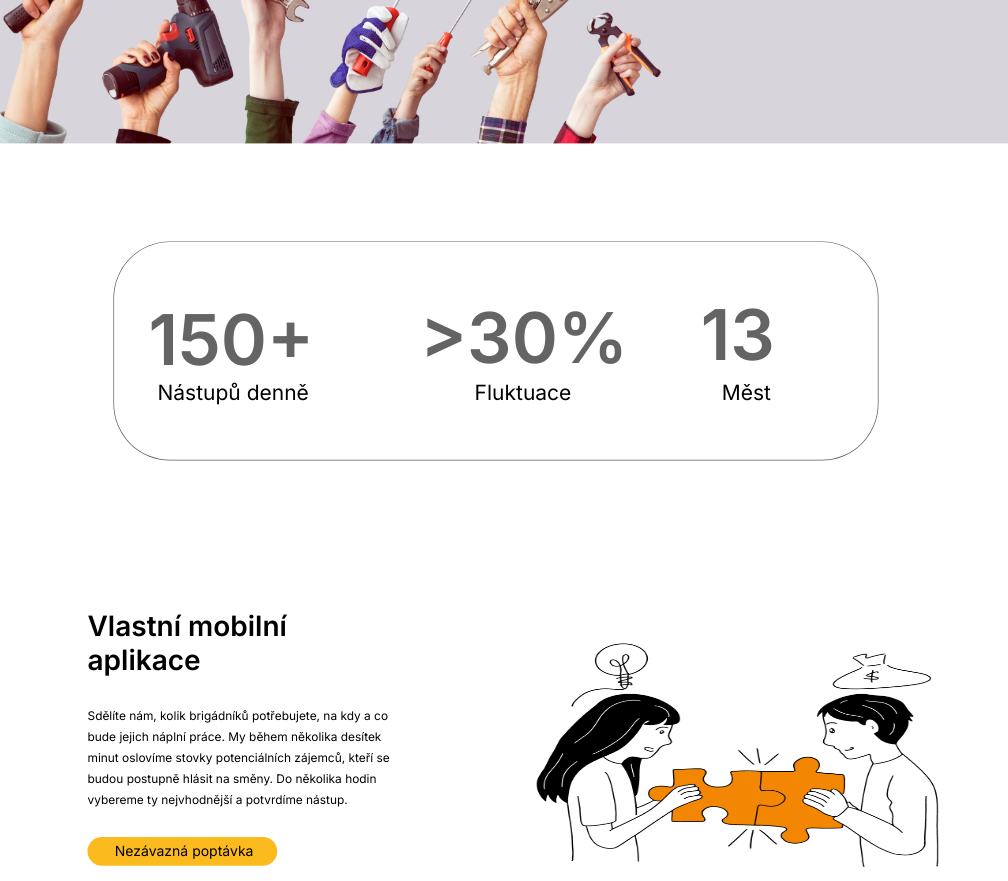
Repository: bilday08/bilday08.github.io
Page: page2.html
The author's editor kept a copy of each file at every save. The page is drawn from the files as they stood at one save, then again after the next save.
The browser window is 1280 px wide. The page is 1440 px wide, so the pictures cover 1440 px, including what lies to the right of the window. The pictures show the part of the page from y = 827 to 2547 px (the page is 2086 px tall before and 2547 px after), at 70% of full size.

Above is the page before, as saved 2022-10-16 00:55:22.

### page2.html
<!DOCTYPE html>
<html>
<head>
    <meta charset= utf-8 />
    <meta http-equiv="X-UA-Compatible" content="IE=edge">
    <meta name="viewport" content="width=device-width, initial-scale=1.0">
    <link href="./reset.css" rel="stylesheet"/>
    <link href="./style2.css" rel="stylesheet"/>
    <link href="./responsive2.css" rel="stylesheet"/>
    <link
    rel="stylesheet"
    href="https://cdnjs.cloudflare.com/ajax/libs/font-awesome/6.2.0/css/all.min.css"
    integrity="sha512-xh6O/CkQoPOWDdYTDqeRdPCVd1SpvCA9XXcUnZS2FmJNp1coAFzvtCN9BmamE+4aHK8yyUHUSCcJHgXloTyT2A=="
    crossorigin="anonymous"
    referrerpolicy="no-referrer" />
    <title>aulinks2</title>
    <link rel="preconnect" href="https://fonts.googleapis.com">
    <link rel="preconnect" href="https://fonts.gstatic.com" crossorigin>
    <link href="https://fonts.googleapis.com/css2?family=Inter:wght@400;600;700;900&display=swap" rel="stylesheet">
    <link
    href="https://cdn.jsdelivr.net/npm/bootstrap@5.2.2/dist/css/bootstrap.min.css"
    rel="stylesheet"
    integrity="sha384-Zenh87qX5JnK2Jl0vWa8Ck2rdkQ2Bzep5IDxbcnCeuOxjzrPF/et3URy9Bv1WTRi"
    crossorigin="anonymous">
    <link
    href="https://cdn.jsdelivr.net/npm/bootstrap@5.2.2/dist/css/bootstrap.min.css"
    rel="stylesheet"
    integrity="sha384-Zenh87qX5JnK2Jl0vWa8Ck2rdkQ2Bzep5IDxbcnCeuOxjzrPF/et3URy9Bv1WTRi"
    crossorigin="anonymous">
</head>
<body>
    <div class="wrapper">
        <herder class="herder">
            <div class="container-top">
                <img srcset="./images/logo.png 2x" alt="#" class="herder-log"/>
                <div class="herder-log--2">
                    <img src="./images/Aulinks.png" alt="#" class="herder-log--line"/>
                    <img src="./images/Menu Rounded.png" alt="#" class="herder-log-menu">
                </div>
                <div class="herder-images">
                    <img src="./images/1.png" alt="#" class="herder-images--contact"/>
                </div>
                <div class="herder-phone">
                    <span class="herder-phone--text">Zavolejte nám:</span>
                    <span class="herder-phone--number">+420 607 205 862</span>
                </div>
                <div class="herder-button">
                    <a href="#" class="herder-button--brand">Zavolejte nám:</a>
                </div>
                <div class="herder-button--bottom">
                    <a href="#" class="herder-button--bottom1">O nas</a>
                    <a href="#" class="herder-button--bottom2">Naši partneři</a>
                    <a href="#" class="herder-button--bottom3">Služby</a>
                    <a href="#" class="herder-button--bottom4">Kontakty</a>
                </div>
                <div class="container-center">
                    <h1 class="herder-background--content1">Pracovití brigádníci do druhého dne</h1>
                    <p class="herder-background--content2">
                    Sdělíte nám, kolik brigádníků potřebujete, na kdy a co bude jejich náplní práce.
                    My během několika desítek minut oslovíme stovky potenciálních zájemců, kteří se
                    budou postupně hlásit na směny. Do několika hodin vybereme ty nejvhodnější a potvrdíme nástup.
                    </p>
                    <div class="herder-background--button">
                        <a href="#" class="herder-backgroud--button1">Nezávazná poptávka</a>
                    </div>
                    <div class="container-top--center">
                        <img src="./images/page2(1).png" alt="#" class="herder-images--top_center"/>
                    </div>
                <div class="center-button">
                    <a href="#" class="center-button--white">
                        <div class="center-button--first">
                            <span class="center-button--first1">150+</span>
                            <span class="center-button--first2">Nástupů denně</span>
                        </div>
                        <div class="center-button--second">
                            <span class="center-button--second1">>30%</span>
                            <span class="center-button--second2">Fluktuace</span>
                        </div>
                        <div class="center-button--third">
                            <span class="center-button--third1">13</span>
                            <span class="center-button--third2">Měst</span>
                        </div>
                    </a>
                </div>
        </herder>
        <main>
            <section class="service">
                <div class="container-fluid">
                    <div class="service-item">
                        <div class="service-content">
                            <h2 class="global-heading">Vlastní mobilní aplikace</h2>
                            <div class="global-text">
                                Sdělíte nám, kolik brigádníků potřebujete, na kdy a co bude jejich náplní práce.
                                My během několika desítek minut oslovíme stovky potenciálních zájemců,
                                kteří se budou postupně hlásit na směny. Do několika hodin vybereme ty nejvhodnější
                                a potvrdíme nástup.
                            </div>
                            <a href="#" class="service-button--first">Nezávazná poptávka</a>
                            <div class="service-images">
                                <img src="./images/page2(2).png" alt="#" class="service-images--first"/>
                            </div>
                        </div>
                    </div>
                </div>
<script
src="https://cdn.jsdelivr.net/npm/@popperjs/core@2.11.6/dist/umd/popper.min.js"
integrity="sha384-oBqDVmMz9ATKxIep9tiCxS/Z9fNfEXiDAYTujMAeBAsjFuCZSmKbSSUnQlmh/jp3"
crossorigin="anonymous"></script>
<script
src="https://cdn.jsdelivr.net/npm/bootstrap@5.2.2/dist/js/bootstrap.min.js"
integrity="sha384-IDwe1+LCz02ROU9k972gdyvl+AESN10+x7tBKgc9I5HFtuNz0wWnPclzo6p9vxnk"
crossorigin="anonymous"></script>
</body>
</html>

### style2.css
*{
    box-sizing: border-box;
    font-family: 'Inter', sans-serif;
    margin: 0;
    padding: 0;
}
.wrapper{
    max-width: 1440px;
}
  /*hedder*/
.container-top{
    max-width: 1440px;
    height: 410px;
    background-image: url(./images/Rectangle\ 8\ \(7\).png);
    background-repeat: no-repeat;
    background-size: auto;
    position: absolute;
}
.herder-log{
    position: absolute;
    width: 78px;
    height: 71px;
    margin-top: 60px;
    margin-left: 114px;
}
.herder-log--line{
    width: 130px;
    height: 30px;
    margin-left: 192px;
    margin-top: 91px;
}
.herder-log-menu{
    width: 30px;
    height: 30px;
    display: none;
}
.herder-images--contact{
    width: 308.12px;
    height: 81.11px;
    margin-left: 407px;
    margin-top: -50px;
}
.herder-phone--text{
    display: block;
    width: 145px;
    height: 30px;
    font-weight: 400;
    font-size: 20px;
    line-height: 24px;
    color: black;
    margin-left: 807px;
    margin-top: -79px;
    margin-right: 491px;
}
.herder-phone--number{
    display: block;
    width: 185px;
    height: 24px;
    font-weight: 700;
    font-size: 20px;
    line-height: 24px;
    color: #FBBA1D;
    margin: 4px 455px 0 800px;
}
.herder-button--brand{
   text-align: center;
   text-decoration: none;
   padding: 8px 39px;
   color: black;
   background-color: #FBBA1D;
   width: 223px;
   height: 41px;
   font-weight: 400;
   font-size: 20px;
   line-height: 24px;
   border-radius: 30px;
   margin-top: -39px;
   margin-left: 1070px;
   display: block;
}
.herder-button--bottom1{
   text-decoration: none;
   text-align: center;
   display: block;
   color: black;
   background-color: white;
   padding: 7px 35px;
   width: 130px;
   height: 40px;
   font-weight: 400;
   font-size: 20px;
   line-height: 24px;
   border-radius: 30px;
   border: 1px solid #000000;
   margin-top: 60px;
   margin-left: 114px;
}
.herder-button--bottom2{
   text-decoration: none;
   text-align: center;
   display: block;
   color: black;
   background-color: white;
   padding: 7px 35px;
   width: 190px;
   height: 40px;
   font-weight: 400;
   font-size: 20px;
   line-height: 24px;
   border-radius: 30px;
   border: 1px solid #000000;
   margin-top: -40px;
   margin-left: 264px;
   white-space: nowrap;
}
.herder-button--bottom3{
   text-decoration: none;
   text-align: center;
   display: block;
   color: black;
   background-color: #FBBA1D;
   padding: 7px 35px;
   width: 135px;
   height: 40px;
   font-weight: 400;
   font-size: 20px;
   line-height: 24px;
   border-radius: 30px;
   border: 1px solid #000000;
   margin-top: -40px;
   margin-left: 474px;
}
.herder-button--bottom4{
   text-decoration: none;
   text-align: center;
   display: block;
   color: black;
   background-color: white;
   padding: 7px 35px;
   width: 150px;
   height: 40px;
   font-weight: 400;
   font-size: 20px;
   line-height: 24px;
   border-radius: 30px;
   border: 1px solid #000000;
   margin-top: -40px;
   margin-left: 624px;
}
.container-center{
    position: absolute;
    width: 1440px;
}
.herder-background--content1{
    width: 427px;
    height: 95px;
    font-weight: 600;
    font-size: 40px;
    line-height: 48px;
    color: #000000;
    margin-left: 113px;
    margin-top: 349px;
}
.herder-background--content2{
    width: 535px;
    height: 120px;
    font-weight: 400;
    font-size: 17px;
    line-height: 30px;
    color: #000000;
    margin-top: 28px;
    margin-left: 113px;
}
.herder-backgroud--button1{
   text-decoration: none;
   text-align: center;
   display: block;
   padding: 8px 39px;
   color: black;
   background-color: #FBBA1D;
   width: 271px;
   height: 41px;
   font-weight: 400;
   font-size: 20px;
   line-height: 24px;
   border-radius: 30px;
   margin-top: 43px;
   margin-left: 113px;
   white-space: nowrap;
}
.herder-images--top_center{
    max-width: 100%;
    height: auto;
    margin-left: 807px;
    margin-top: -349px;
    margin-bottom: 245px;
}
.center-button--white{
    text-decoration: none;
    max-width: 1093px;
    height: 313px;
    background-color:#FFFFFF;
    border-radius: 81px;
    display: block;
    margin-top: 165px;
    margin-left: 162px;
    margin-right: 185px;
    padding-top: 78px;
    border: 1px solid rgba(0, 0, 0, 0.64);
}
.center-button--first1{
    display: block;
    font-weight: 600;
    font-size: 100px;
    line-height: 121px;
    color: #646464;
    margin-left: 49px;
}
.center-button--first2{
    width: 240px;
    height: 33px;
    display: block;
    font-weight: 400;
    font-size: 30px;
    line-height: 30px;
    color: #000000;
    margin-left: 62px;
    margin-bottom: 78px;
}
.center-button--second1{
    width: 224px;
    height: 124px;
    font-style: normal;
    font-weight: 600;
    font-size: 100px;
    line-height: 121px;
    color: #646464;
    margin-left: 437px;
    margin-top: -235px;
    display: block;
}
.center-button--second2{
    display: block;
    position: absolute;
    font-style: normal;
    font-weight: 400;
    font-size: 30px;
    line-height: 30px;
    color: black;
    margin-left: 515px;
    margin-bottom: 78px;
}
.center-button--third1{
    display: block;
    font-weight: 600;
    font-size: 100px;
    line-height: 121px;
    color: #646464;
    margin-left: 838px;
    margin-top: -127px;
}
.center-button--third2{
    display: block;
    position: absolute;
    font-style: normal;
    font-weight: 400;
    font-size: 30px;
    line-height: 30px;
    color: black;
    margin-left: 868px;
    margin-top: 6px;
}
.global-heading{
    max-width: 418px;
    height: 95px;
    font-weight: 600;
    font-size: 40px;
    line-height: 48px;
    color: #000000;
    margin-top: 222px;
    margin-left: 113px;
}
.global-text{
    font-weight: 400;
    font-size: 17px;
    line-height: 30px;
    color: #000000;
    max-width: 432px;
    height: 189px;
    margin-left: 113px;
    margin-top: 41px;
}
.service-button--first{
    text-decoration: none;
    text-align: center;
    display: block;
    padding: 8px 39px;
    color: black;
    background-color: #FBBA1D;
    width: 271px;
    height: 41px;
    font-weight: 400;
    font-size: 20px;
    line-height: 24px;
    border-radius: 30px;
    white-space: nowrap;
    margin-left: 113px;
}
.service-images--first{
    width: 517px;
    height: 516px;
    display: block;
    margin-top: -338px;
    margin-left: 789px;
}

Loaded but not shown: reset.css (common file); responsive2.css (746 lines, source omitted)

After the next save:
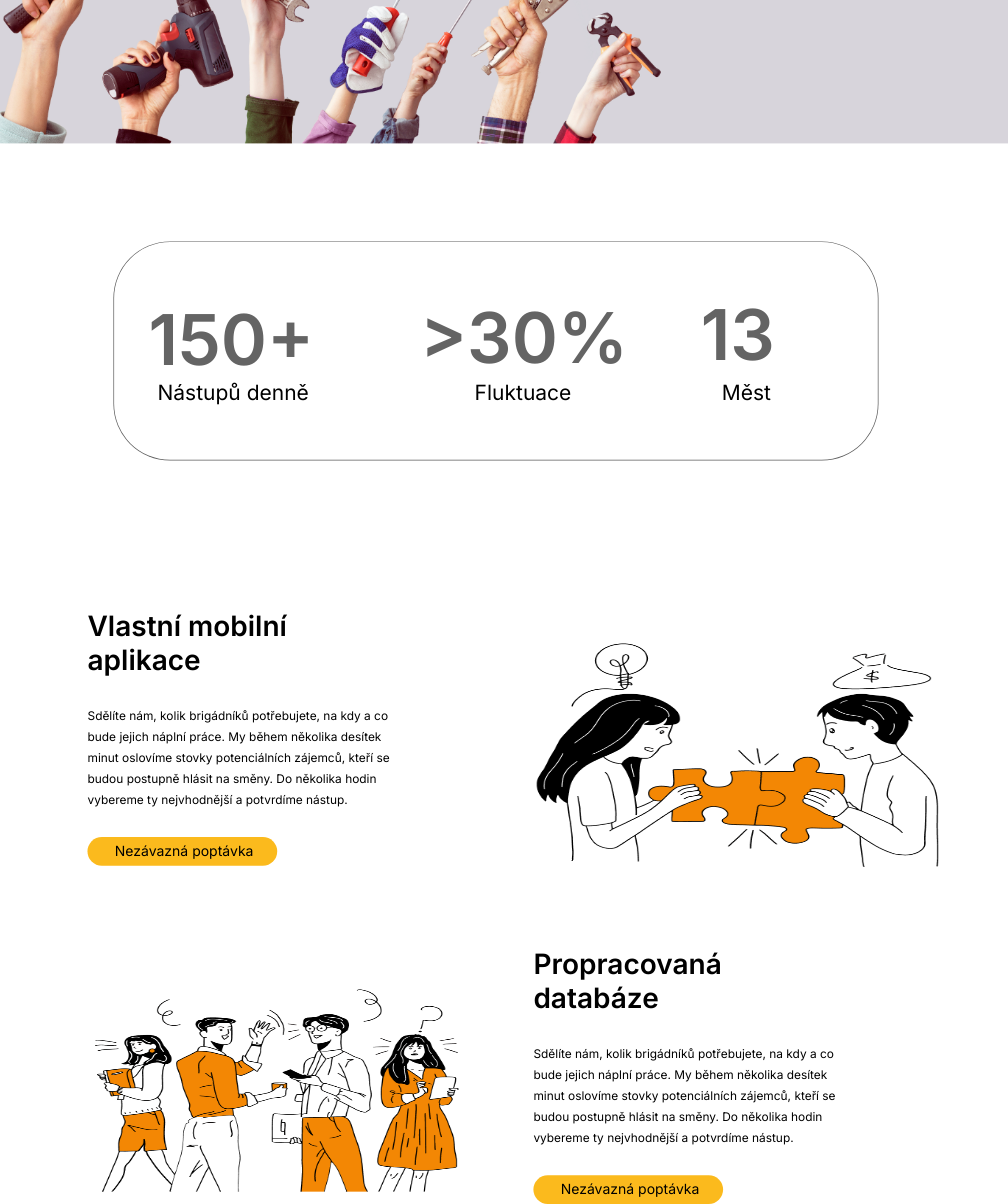
Saved 5 min 2 s later.
--- a/page2.html
+++ b/page2.html
@@ -101,6 +101,21 @@
                             </div>
                         </div>
                     </div>
+                    <div class="service-item2">
+                        <div class="service-content2">
+                            <div class="service-images">
+                                <img src="./images/page2(3).png" alt="#" class="service-images--sencond"/>
+                            </div>
+                            <h2 class="global-heading2">Propracovaná databáze</h2>
+                            <div class="global-text2">
+                                Sdělíte nám, kolik brigádníků potřebujete, na kdy a co bude jejich náplní práce.
+                                My během několika desítek minut oslovíme stovky potenciálních zájemců,
+                                kteří se budou postupně hlásit na směny. Do několika hodin vybereme ty nejvhodnější
+                                a potvrdíme nástup.
+                            </div>
+                            <a href="#" class="service-button--second">Nezávazná poptávka</a>
+                        </div>
+                    </div>
                 </div>
 <script
 src="https://cdn.jsdelivr.net/npm/@popperjs/core@2.11.6/dist/umd/popper.min.js"
--- a/style2.css
+++ b/style2.css
@@ -310,6 +310,49 @@
     width: 517px;
     height: 516px;
     display: block;
-    margin-top: -338px;
+    margin-top: -448px;
     margin-left: 789px;
 }
+.service-images--sencond{
+    width: 544px;
+    height: 312px;
+    display: block;
+    margin-top: 234px;
+    margin-left: 113px;
+}
+.global-heading2{
+    max-width: 418px;
+    height: 95px;
+    font-weight: 600;
+    font-size: 40px;
+    line-height: 48px;
+    color: #000000;
+    margin-top: -360px;
+    margin-left: 750px;
+}
+.global-text2{
+    font-weight: 400;
+    font-size: 17px;
+    line-height: 30px;
+    color: #000000;
+    max-width: 432px;
+    height: 189px;
+    margin-left: 750px;
+    margin-top: 41px;
+}
+.service-button--second{
+    text-decoration: none;
+    text-align: center;
+    display: block;
+    padding: 8px 39px;
+    color: black;
+    background-color: #FBBA1D;
+    width: 271px;
+    height: 41px;
+    font-weight: 400;
+    font-size: 20px;
+    line-height: 24px;
+    border-radius: 30px;
+    white-space: nowrap;
+    margin-left: 750px;
+}
